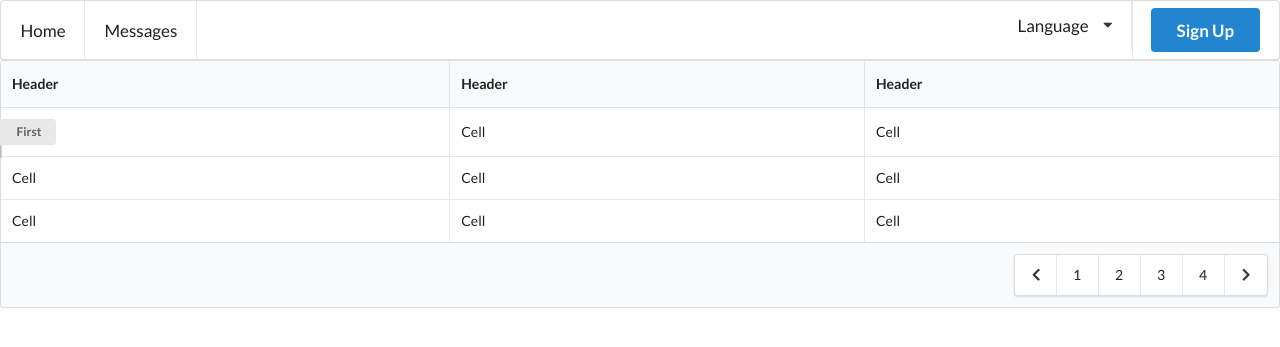
Repository: rizacantire/libraryReact
Page: /
These files come from the project's save history. The page is drawn as it stood at one moment and after the next save; the edit follows.
The browser window is 1280 px wide. The pictures show the whole page.
The project was rebuilt for these pictures with package versions that can differ from the ones it lists, and the page was loaded fresh each time.

Above is the page before, as saved 2021-08-09 01:14:20.

### src/App.js
import './App.css';
import 'semantic-ui-css/semantic.min.css'
import Dashboard from './layouts/Dashboard';
function App() {
  return (
    <div className="App">
      <Dashboard/>


    </div>
  );
}

export default App;

### src/layouts/Dashboard.jsx
import React from 'react'
import Navi from './Navi'
import Book from './Book'

export default function Dashboard() {
    return (
    <div>
      <Navi/>
      <Book/>
    </div>
    )
}

### src/layouts/Navi.jsx
import React from "react";
import { Button, Menu } from 'semantic-ui-react'
import Categories from './Categories'

export default function Navi() {
  return (
    <div>
      <Menu size="huge">
        <Menu.Item
          name="home"
        />
        <Menu.Item
          name="messages"
        />

        <Menu.Menu position="right">
          <Categories/>

          <Menu.Item>
            <Button primary>Sign Up</Button>
          </Menu.Item>
        </Menu.Menu>
      </Menu>
    </div>
  );
}

### src/layouts/Book.jsx
import React from 'react'
import BookList from '../pages/BookList'

export default function Book() {
    return (
        <div className="container">
            <BookList/>
        </div>
    )
}

### src/layouts/Categories.jsx
import React from 'react'
import { Dropdown } from 'semantic-ui-react'
export default function Categories() {
    return (
        <div>
            <Dropdown item text="Language">
            <Dropdown.Menu>
              <Dropdown.Item>English</Dropdown.Item>
              <Dropdown.Item>Russian</Dropdown.Item>
              <Dropdown.Item>Spanish</Dropdown.Item>
            </Dropdown.Menu>
          </Dropdown>
        </div>
    )
}

### src/pages/BookList.jsx
import React,{useState} from "react";
import { Icon, Label, Menu, Table } from "semantic-ui-react";
export default function BookList() {
    const [books, setBooks] = useState([])

  return (
    <div>
      <Table celled>
        <Table.Header>
          <Table.Row>
            <Table.HeaderCell>Header</Table.HeaderCell>
            <Table.HeaderCell>Header</Table.HeaderCell>
            <Table.HeaderCell>Header</Table.HeaderCell>
          </Table.Row>
        </Table.Header>

        <Table.Body>
          <Table.Row>
            <Table.Cell>
              <Label ribbon>First</Label>
            </Table.Cell>
            <Table.Cell>Cell</Table.Cell>
            <Table.Cell>Cell</Table.Cell>
          </Table.Row>
          <Table.Row>
            <Table.Cell>Cell</Table.Cell>
            <Table.Cell>Cell</Table.Cell>
            <Table.Cell>Cell</Table.Cell>
          </Table.Row>
          <Table.Row>
            <Table.Cell>Cell</Table.Cell>
            <Table.Cell>Cell</Table.Cell>
            <Table.Cell>Cell</Table.Cell>
          </Table.Row>
        </Table.Body>

        <Table.Footer>
          <Table.Row>
            <Table.HeaderCell colSpan="3">
              <Menu floated="right" pagination>
                <Menu.Item as="a" icon>
                  <Icon name="chevron left" />
                </Menu.Item>
                <Menu.Item as="a">1</Menu.Item>
                <Menu.Item as="a">2</Menu.Item>
                <Menu.Item as="a">3</Menu.Item>
                <Menu.Item as="a">4</Menu.Item>
                <Menu.Item as="a" icon>
                  <Icon name="chevron right" />
                </Menu.Item>
              </Menu>
            </Table.HeaderCell>
          </Table.Row>
        </Table.Footer>
      </Table>
    </div>
  );
}

Loaded but not shown: public/index.html (common file); src/index.js (common file); src/index.css (common file); src/reportWebVitals.js (common file); src/App.css (common file)

After the next save:
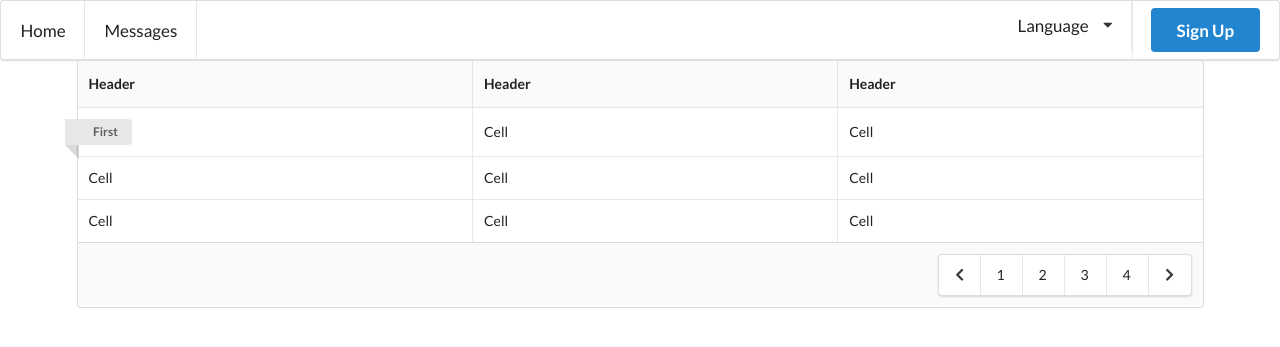
Saved 3 min 18 s later.
--- a/src/layouts/Book.jsx
+++ b/src/layouts/Book.jsx
@@ -1,10 +1,13 @@
 import React from 'react'
+import { Container } from 'semantic-ui-react'
 import BookList from '../pages/BookList'
 
 export default function Book() {
     return (
-        <div className="container">
+        <Container>
+<div>
             <BookList/>
         </div>
+       </Container>
     )
 }
